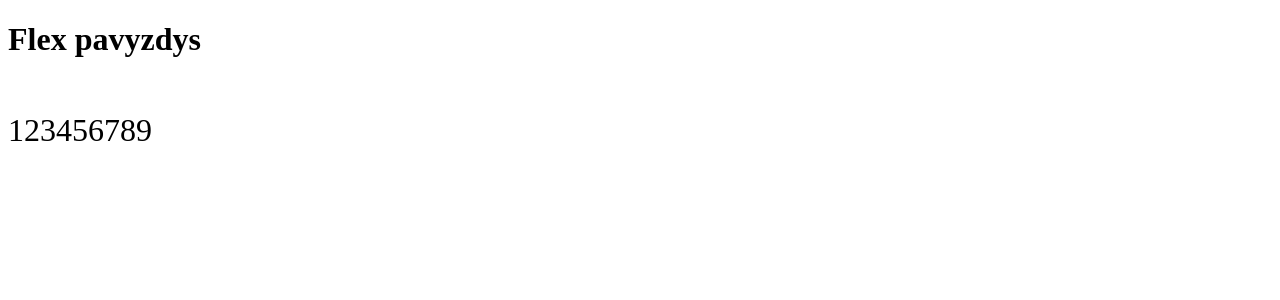
Repository: motiejus1/06-paskaita-invest
Page: index.html
These files come from the project's save history. The page is drawn as it stood at one moment and after a run of saves; the edit follows.
The browser window is 1280 px wide. The pictures show the whole page.

Above is the page before, as saved 2021-06-09 18:29:23.

After the next 5 saves:
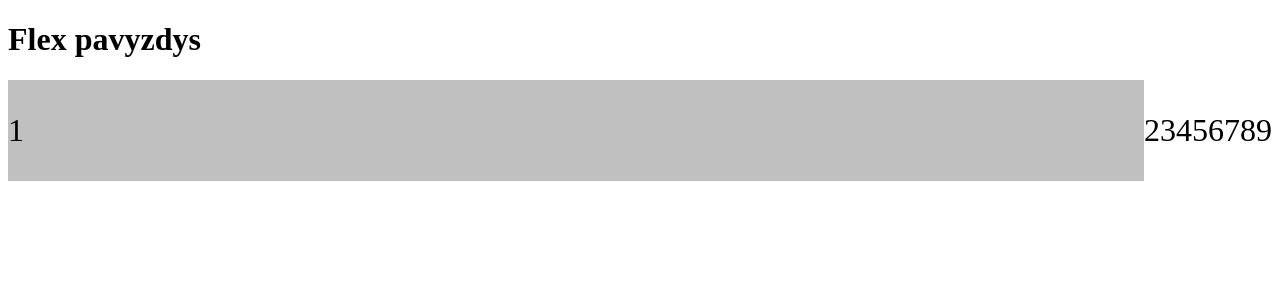
The 5 saves are shown as one change because they came seconds apart.
The last was saved 15 s later.
--- a/index.html
+++ b/index.html
@@ -12,7 +12,8 @@
         }
 
         .flex-item-1 {
-
+            width: 100%;
+            background-color: silver;
         }
 
         p {
